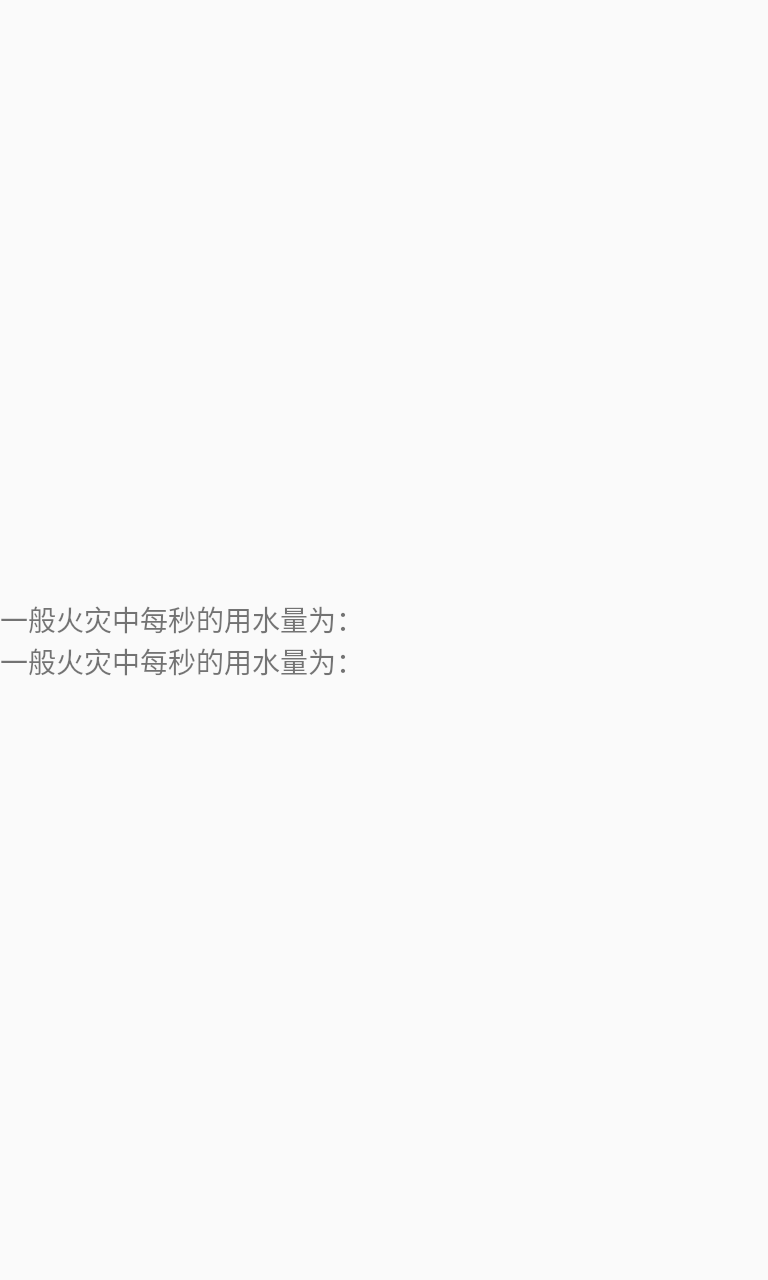
Repository: hohoTT/fireWork_handle_app
Layout: fireWork_handle_app/res/layout/normal_fire_result.xml
The author's editor kept a copy of each file at every save. The layout is drawn from the files as they stood at one save, then again after the next save.
It is drawn on a 768 x 1280 px phone screen (xhdpi) without system bars, with theme AppTheme; the app's code is not run.

Above is the layout before, as saved 2016-03-02 08:30:39.

After the next save:
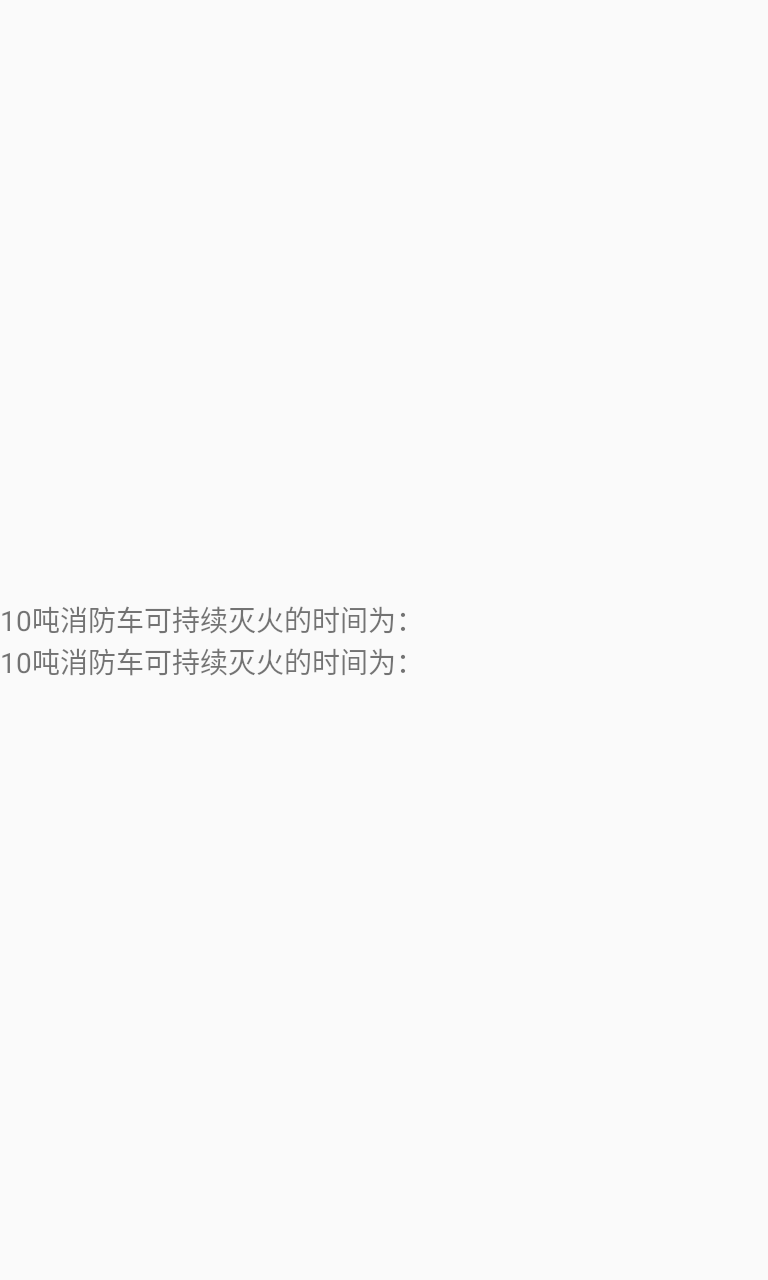
Saved 35 s later.
--- a/fireWork_handle_app/res/values/strings.xml
+++ b/fireWork_handle_app/res/values/strings.xml
@@ -17,6 +17,7 @@
 
     <string name="normal_fire_result">一般火灾用水量计算结果</string>
     <string name="text_water">一般火灾中每秒的用水量为：</string>
+    <string name="text_water">10吨消防车可持续灭火的时间为：</string>
 
 
     <string name="btn_send">提交</string>
